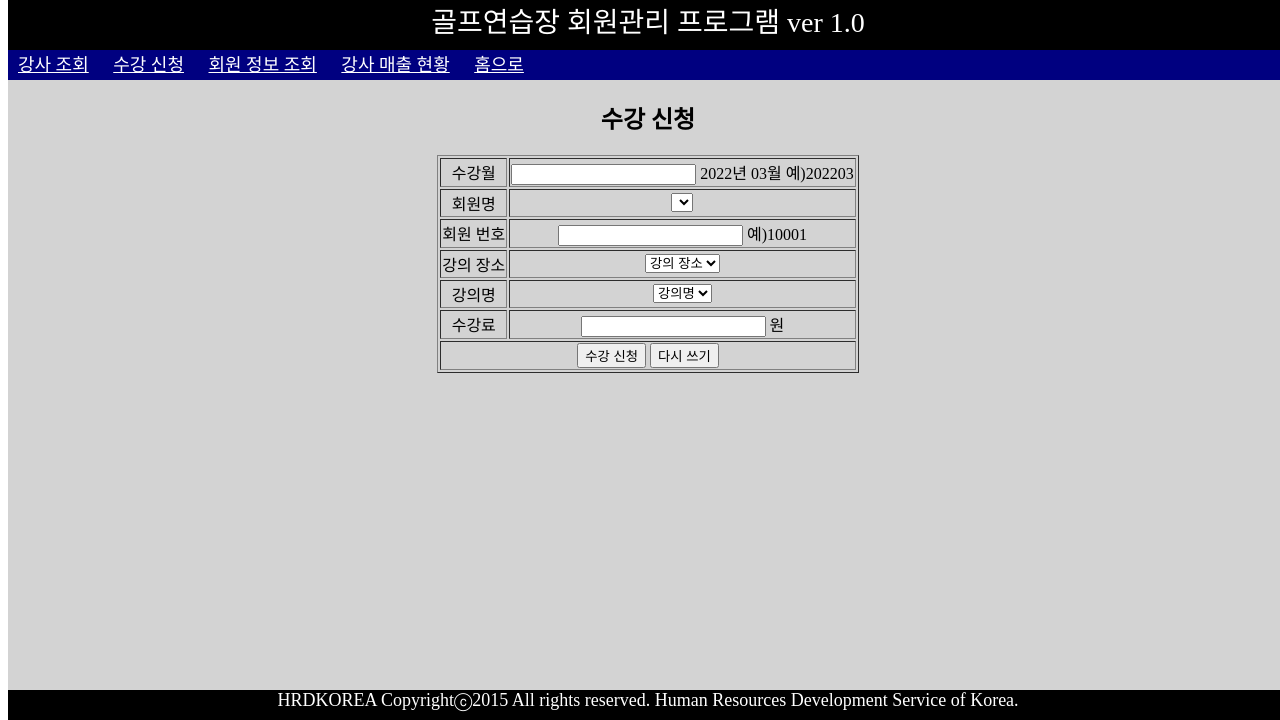
Repository: wwwxsv19/HRDkorea
Page: http://localhost/golf/insert.jsp
The author's editor kept a copy of each file at every save. The page is drawn from the files as they stood at one save, then again after the next save.
The browser window is 1280 px wide. The pictures show the whole page.
The page is served by Tomcat 9. Queries for data that is not in the repository find no rows.

Above is the page before, as saved 2024-06-25 08:33:33.

### golf/golf/src/main/webapp/insert.jsp
<%@ include file="db.jsp" %>
<%@ page language="java" contentType="text/html; charset=UTF-8"
    pageEncoding="UTF-8"%>
<!DOCTYPE html>
<html>
<head>
	<meta charset="UTF-8">
	<title>insert</title>
	<link rel="stylesheet" href="style.css">
</head>
<body>
<script type="text/javascript" src="check.js"></script>
<jsp:include page="header.jsp"></jsp:include>
<section>
	<h1>수강 신청</h1>
	<form name="frm" action="action.jsp" method="get">
		<table border=1>
			<tr>
				<td>수강월</td>
				<td>
					<input type="text" name="month"> 2022년 03월 예)202203
				</td>
			</tr>
			<tr>
				<td>회원명</td>
				<td>
					<select name="mname" onchange="setNo(this.value)">
						<%
						request.setCharacterEncoding("UTF-8");
						try {
							PreparedStatement pstmt = conn.prepareStatement("select mno, mname from member");
							ResultSet rs = pstmt.executeQuery();
							while(rs.next()) {
								%>
								<option value="<%= rs.getString(1) %>"><%= rs.getString(2) %></option>
								<%
							}
						} catch(Exception e) {
							e.printStackTrace();
						}
						%>
					</select>
				</td>
			</tr>
			<tr>
				<td>회원 번호</td>
				<td>
					<input type="text" id="mno" name="mno" readonly> 예)10001
				</td>
			</tr>
			<tr>
				<td>강의 장소</td>
				<td>
					<select name="area">
						<option value="">강의 장소</option>
						<option value="서울본원">서울본원</option>
						<option value="성남분원">성남분원</option>
						<option value="대전분원">대전분원</option>
						<option value="부산분원">부산분원</option>
						<option value="대구분원">대구분원</option>
					</select>
				</td>
			</tr>
			<tr>
				<td>강의명</td>
				<td>
					<select name="code" onchange="setCost(this.value)">
						<option value="">강의명</option>
						<option value="100">초급반</option>
						<option value="200">중급반</option>
						<option value="300">고급반</option>
						<option value="400">심화반</option>
					</select>
				</td>
			</tr>
			<tr>
				<td>수강료</td>
				<td>
					<input type="text" id="cost" name="cost" readonly> 원
				</td>
			</tr>
			<tr>
				<td colspan=2>
					<input type="button" value="수강 신청" onclick="check()">
					<input type="button" value="다시 쓰기" onclick="res()">
				</td>
			</tr>
		</table>
	</form>
</section>
<jsp:include page="footer.jsp"></jsp:include>
</body>
</html>

### golf/golf/src/main/webapp/db.jsp
<%@ page import="java.sql.*" %>
<%@ page language="java" contentType="text/html; charset=UTF-8"
    pageEncoding="UTF-8"%>
<%

Class.forName("oracle.jdbc.OracleDriver");
Connection conn = DriverManager.getConnection(
		"jdbc:oracle:thin:@//localhost:1521/xe", "system", "1234");

%>

### golf/golf/src/main/webapp/header.jsp
<%@ include file="db.jsp" %>
<%@ page language="java" contentType="text/html; charset=UTF-8"
    pageEncoding="UTF-8"%>
<!DOCTYPE html>
<html>
<head>
	<meta charset="UTF-8">
</head>
<body>
<header>골프연습장 회원관리 프로그램 ver 1.0</header>
<nav>
	<a href="list.jsp">강사 조회</a>
	<a href="insert.jsp">수강 신청</a>
	<a href="info.jsp">회원 정보 조회</a>
	<a href="money.jsp">강사 매출 현황</a>
	<a href="index.jsp">홈으로</a>
</nav>
</body>
</html>

### golf/golf/src/main/webapp/footer.jsp
<%@ include file="db.jsp" %>
<%@ page language="java" contentType="text/html; charset=UTF-8"
    pageEncoding="UTF-8"%>
<!DOCTYPE html>
<html>
<head>
	<meta charset="UTF-8">
</head>
<body>
<footer>HRDKOREA Copyrightⓒ2015 All rights reserved. Human Resources Development Service of Korea.</footer>
</body>
</html>

### golf/golf/src/main/webapp/style.css
header {
	position : fixed; top : 0px;
	width : 100%; height : 50px;
	background-color : black; color : white;
	text-align : center; font-size : 28px;
}

nav {
	position : fixed; top : 50px;
	width : 100%; height : 30px;
	background-color : navy; font-size : 18px;
}

nav > a {
	padding : 0px 10px;
	color : white;
}

section {
	position : fixed; top : 80px;
	width : 100%; height : 100%;
	background-color : lightgray; color : black;
}

section > h1 {
	text-align : center;
}

table {
	margin : 0px auto;
}

table > * {
	text-align : center;
}

footer {
	position : fixed; bottom : 0px;
	width : 100%; height : 30px;
	background-color : black; color : white;
	text-align : center; font-size : 18px;
}

### golf/golf/src/main/webapp/check.js
function check() {
	if(frm.month.value.length == 0) {
		alert("수강월이 입력되지 않았습니다!");
		frm.month.focus();
		return false;
	}

	if(frm.mname.value.length == 0) {
		alert("회원명이 선택되지 않았습니다!");
		frm.mname.focus();
		return false;
	}

	if(frm.area.value.length == 0) {
		alert("강의 장소가 선택되지 않았습니다!");
		frm.area.focus();
		return false;
	}

	if(frm.code.value.length == 0) {
		alert("강의명이 선택되지 않았습니다!");
		frm.code.focus();
		return false;
	}

	alert("수강 신청이 정상적으로 완료되었습니다!");
	document.frm.submit();
	return true;
}

function res() {
	alert("정보를 지우고 처음부터 다시 입력합니다!");
	document.frm.reset();
}

var a;

function setNo(mname) {
	document.getElementById("mno").value = mname;
	a = mname;
}

function setCost(code) {
	if(a >= 20000) {
		document.getElementById("cost").value = (code*1000)/2;
	} else {
		document.getElementById("cost").value = (code*1000);
	}
}

After the next save:
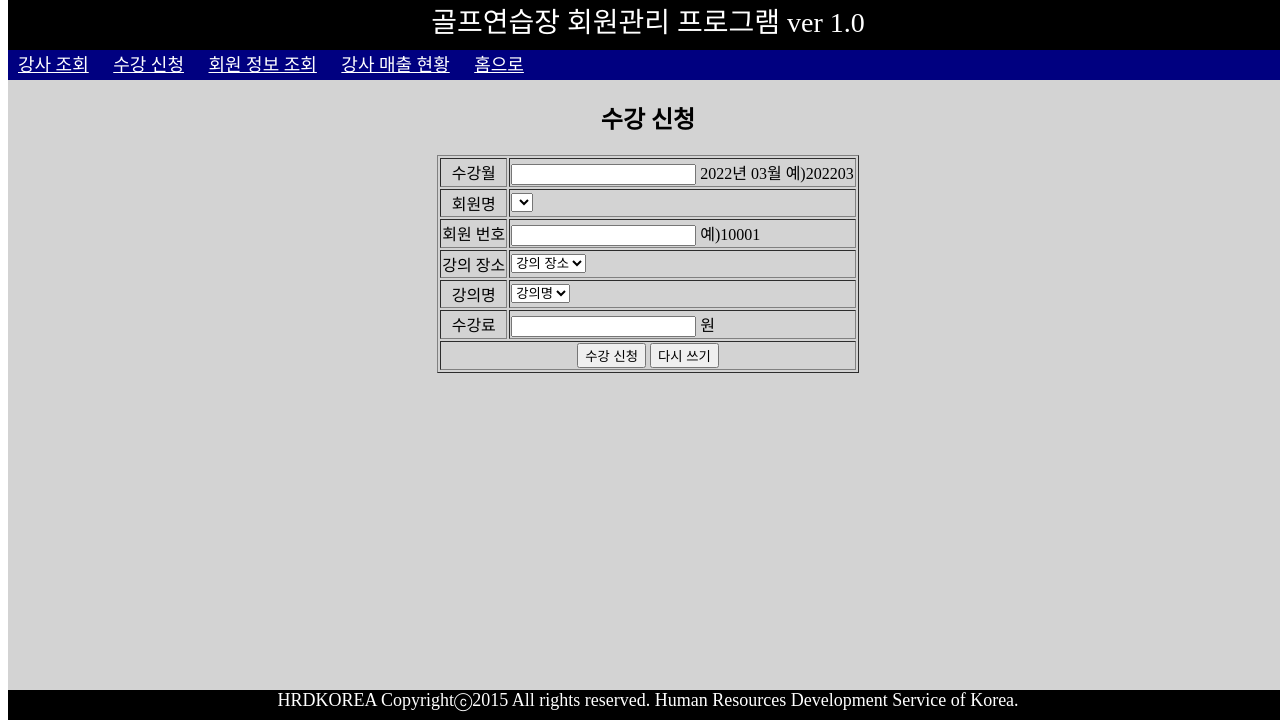
Saved 111 s later.
--- a/golf/golf/src/main/webapp/insert.jsp
+++ b/golf/golf/src/main/webapp/insert.jsp
@@ -17,13 +17,13 @@
 		<table border=1>
 			<tr>
 				<td>수강월</td>
-				<td>
+				<td style="text-align : left">
 					<input type="text" name="month"> 2022년 03월 예)202203
 				</td>
 			</tr>
 			<tr>
 				<td>회원명</td>
-				<td>
+				<td style="text-align : left">
 					<select name="mname" onchange="setNo(this.value)">
 						<%
 						request.setCharacterEncoding("UTF-8");
@@ -44,13 +44,13 @@
 			</tr>
 			<tr>
 				<td>회원 번호</td>
-				<td>
+				<td style="text-align : left">
 					<input type="text" id="mno" name="mno" readonly> 예)10001
 				</td>
 			</tr>
 			<tr>
 				<td>강의 장소</td>
-				<td>
+				<td style="text-align : left">
 					<select name="area">
 						<option value="">강의 장소</option>
 						<option value="서울본원">서울본원</option>
@@ -63,7 +63,7 @@
 			</tr>
 			<tr>
 				<td>강의명</td>
-				<td>
+				<td style="text-align : left">
 					<select name="code" onchange="setCost(this.value)">
 						<option value="">강의명</option>
 						<option value="100">초급반</option>
@@ -75,7 +75,7 @@
 			</tr>
 			<tr>
 				<td>수강료</td>
-				<td>
+				<td style="text-align : left">
 					<input type="text" id="cost" name="cost" readonly> 원
 				</td>
 			</tr>
